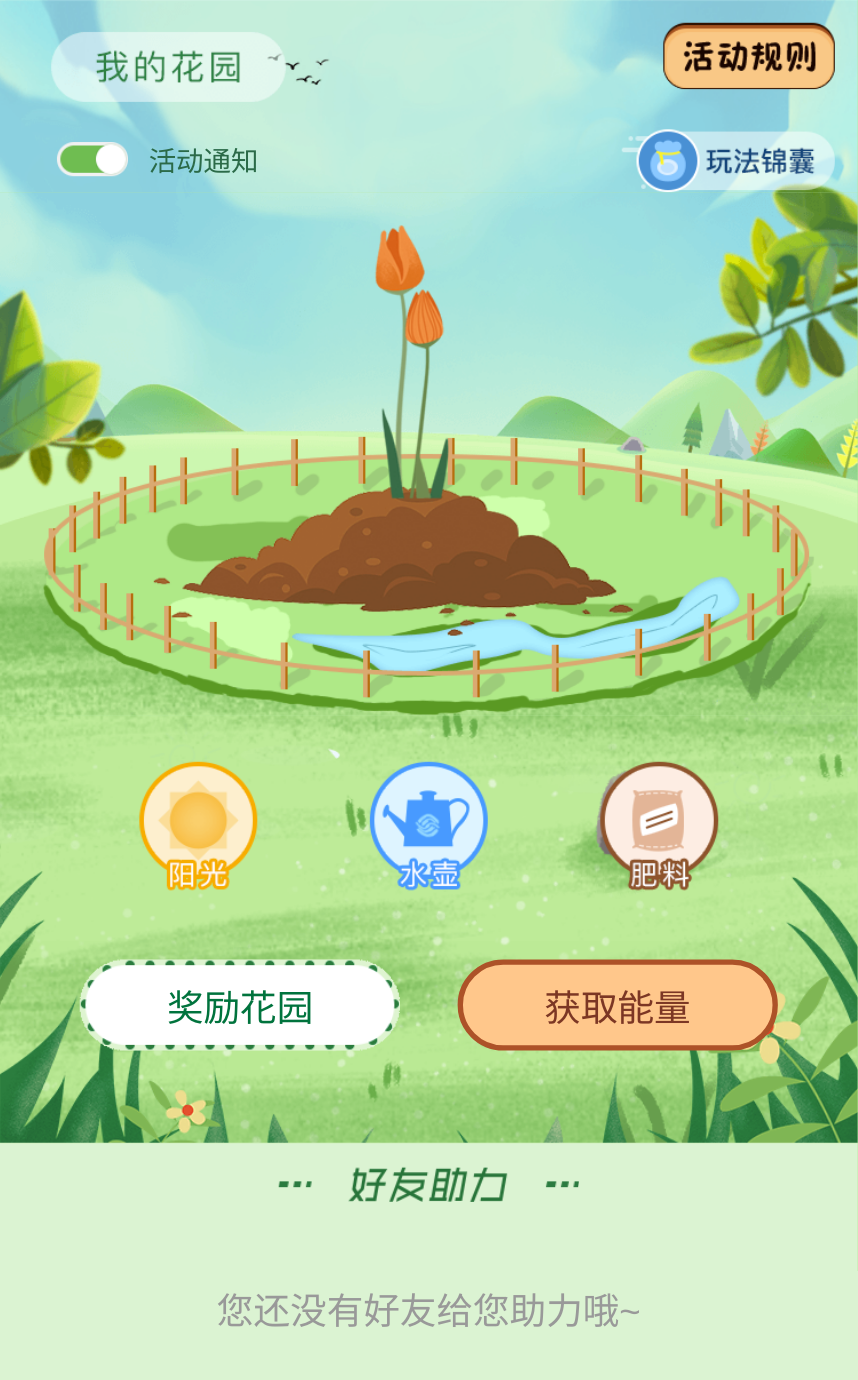
Repository: wangbiaozy/zh
Page: index.html
An editor plug-in stored every save of this project. The page is shown before and after the next save, followed by the edit.
The browser window is 1280 px wide. The pictures show the whole page, at 67% of full size.

Above is the page before, as saved 2019-03-18 20:09:41.
Console error: TypeError: Cannot read properties of undefined (reading 'style')

### index.html
<!DOCTYPE html>
<html lang="en">

<head>
    <meta charset="UTF-8">
    <meta name="viewport" content="width=device-width, initial-scale=1.0, maximum-scale=1.0, minimum-scale=1.0, user-scalable=no, viewport-fit=cover">
    <meta http-equiv="X-UA-Compatible" content="ie=edge">
    <title>北京移动</title>
    <link rel="stylesheet" href="css/reset.min.css">
    <link rel="stylesheet/less" href="css/styles.less">
    <link rel="stylesheet" href="css/animation.css">
    <script src="js/less-1.7.0.min.js"></script>
    <script src="js/jquery-1.10.1.min.js"></script>
    <script src="js/imgLoader.js"></script>
    <script>
        imgLoader([
            'images/banner.png',
            'images/bdsjh.png',
            'images/bg_01.png',
            'images/bg_02.png',
            'images/btn_cj.png',
            'images/btn_cjhd.png',
            'images/btn_dhff.png',
            'images/btn_dl.png',
            'images/btn_fshy.png',
            'images/btn_lj.png',
            'images/btn_qd.png',
            'images/btn_qdl.png',
            'images/btn_qr.png',
            'images/btn_qx.png',
            'images/btn_xg.png',
            'images/btn_zz.png',
            'images/c1.png',
            'images/c2.png',
            'images/c3.png',
            'images/c4.png',
            'images/c5.png',
            'images/card_1.png',
            'images/card_2.png',
            'images/card_3.png',
            'images/card_4.png',
            'images/card_5.png',
            'images/card.png',
            'images/close.png',
            'images/default.jpg',
            'images/erweima.png',
            'images/fire.gif',
            'images/fri_bg_01.png',
            'images/fri_bg_02.png',
            'images/fri_bg_03.png',
            'images/gongxi.png',
            'images/guang1.png',
            'images/guang2.png',
            'images/hdgz.png',
            'images/home_bg_01.png',
            'images/home_bg_02.png',
            'images/home_bg_03.png',
            'images/hyzl.png',
            'images/longjiao.png',
            'images/longshen.png',
            'images/longtou.png',
            'images/longwei.png',
            'images/longzhu.png',
            'images/longzhua.png',
            'images/rule_btn.png',
            'images/share.png',
            'images/sjhm.png',
            'images/start_btn.png',
            'images/submit.png',
            'images/tc_1_text.png',
            'images/tc_bg.png',
            'images/tc_card.png',
            'images/tc_title_1.png',
            'images/tc_title_2.png',
            'images/tc_title_3.png',
            'images/xxqr.png',
            'images/yun_1.png',
            'images/yun_2.png',
            'images/yun_3.png',
            'images/yun.png',
            'images/yzm.png'
        ], function (percentage) {
            var percentT = percentage * 100;
            $('.loader_info').html('Loading ' + (parseInt(percentT)) + '%');
            $('.loader_progress')[0].style.width = percentT + '%';
            if (percentage == 1) {
                /* $('.loader').remove();
                $('.home').show(); */
            }
        });
    </script>
</head>
<body>
    <!--loading-->
    <!-- <section class="loader">
        <div class="loader_info"></div>
        <div>
            <div class="loader_progress"></div>
        </div>
    </section> -->
    <!-- 首页 -->
    <section id="home" class="home">
        <div>
            <a href="javascript: void(0)" class="rule-btn"></a>
        </div>
        <div>
            <div></div>
        </div>
        <div>
            <a href="javascript: void(0)" id="start-btn"></a>
            <div>
                <p id="countDown"><i>倒计时：</i><span>7</span>天<span>00</span>时<span>00</span>分<span>00</span>秒</p>
            </div>
            <p>4月8日-4月14日&nbsp;&nbsp;&nbsp;&nbsp;活动将于4月14日结束，务必到期前领取</p>
        </div>
    </section>
    <!-- 活动规则页 -->
    <section id="rule" class="rule">
        <div>
            <div></div>
            <div>
                <ul>
                    <li>
                        <h3>一 活动时间：</h3>
                        <p>即日起——4月14日</p>
                        <h3>二 活动介绍：</h3>
                        <p>活动期间，用户通过北京移动微信公众号，可参与“天天种花得流量”活动。用户每天可获得一颗种子，通过添加物料（水、阳光、肥料），完成种植，收获花朵并获得对应流量奖品。</p>
                        <p>获取物料方法：</p>
                        <p>1、用户首次参与活动可领取水、阳光、肥料各1份。</p>
                        <p>2、分享活动给好友，邀请其助力赠送，可获得更多物料。（好友助力次数不限，但为同一用户仅可助力一次。）</p>
                        <h3>三 奖品规则：</h3>
                        <p>活动奖品包含：100MB、200MB、500MB、1GB、2GB、3GB全国流量，及部分免费业务体验资格、优惠业务办理资格。</p>
                        <p>（一）流量奖品</p>
                        <p>1.流量档位包括100MB、200MB、500MB、1GB、2GB、3GB全国流量；</p>
                        <p>2.奖品将于领取后15日内，自动充入用户的微信关注绑定手机号，流量自充入日起生效，有效期至本月月末；</p>
                        <p>3.活动赠送套外国内流量，优先级低于主套餐、可选包、短促包、定向流量包等，赠送流量无法共享，不可结转；</p>
                        <p>4.处于保留期、保号期、挂失、申停、欠停、转品牌过渡期的手机号；物联网卡、4G超级日租卡套餐、神州行开心听、语音套餐卡、神州行B标准资费基本策划等特殊资费用户无法领取赠送流量；</p>
                        <p>5.赠送流量每月仅可领取100次，超出上限不可领取；</p>
                        <p>6.北京移动用户抽中流量奖品后，自动充入关注绑定账户。非北京移动用户抽中流量奖品后可以转赠给北京移动手机号码。</p>
                        <p>（二）其它奖品</p>
                        <p>规则详见各奖品办理页面</p>
                        <p>温馨提示：</p>
                        <p>1、活动将于4月14日结束，请您务必于活动结束前完成领奖，逾期视为自动放弃奖品。</p>
                        <p>2、活动页面内可手动关闭活动提醒。如不关闭，默认每天发放服务通知，提醒用户活动状态已更新。</p>
                    </li>
                </ul>
                <a href="javascript:void(0)">确定</a>
            </div>
        </div>
        <div></div>
    </section>
    <!-- 主页 -->
    <section id="main" class="main">
        <div>
            <a href="javascript:void(0)" class="rule-btn"></a>
            <a href="javascript:void(0)" class="method-btn"></a>
            <div>
                <a href="javascript:void(0)"></a>
                <p>活动通知</p>
            </div>
        </div>
        <div>
            <div>
                <div class="cs-6"></div>
                <ul>
                    <li></li>
                </ul>
            </div>
        </div>
        <div>
            <ul>
                <li>
                    <span>3</span>
                </li>
                <li>
                    <span>3</span>
                </li>
                <li>
                    <span>3</span>
                </li>
            </ul>
            <ul>
                <li>奖励花园</li>
                <li>获取能量</li>
            </ul>
        </div>
        <div>
            <h3></h3>
            <ul>
                <p>您还没有好友给您助力哦~</p>
                <!-- <li>
                    <div>
                        <img src="./images/fri_default.png" alt="">
                    </div>
                    <p>胖子胖子胖子胖子</p>
                    <p>帮忙增加了<span>肥料</span></p>
                    <p>3月1日</p>
                </li> -->
            </ul>
        </div>
    </section>
    <!-- 玩法锦囊页 -->
    <section id="method" class="method">
        <div></div>
        <div></div>
        <div></div>
        <div></div>
        <div></div>
        <a href="javascript: void(0)">确定</a>
    </section>
    <!-- 我的奖励花园页 -->
    <section id="gift" class="gift">
        <div>
            <div>
                <div></div>
                <ul>
                    <li>
                        <img src="./images/flower_0.png" alt="">
                        <a href="javascript: void(0)"></a>
                    </li>
                    <li>
                        <img src="./images/flower_0.png" alt="">
                        <a href="javascript: void(0)"></a>
                    </li>
                    <li>
                        <img src="./images/flower_0.png" alt="">
                        <a href="javascript: void(0)"></a>
                    </li>
                    <li>
                        <img src="./images/flower_0.png" alt="">
                        <a href="javascript: void(0)"></a>
                    </li>
                    <li>
                        <img src="./images/flower_0.png" alt="">
                        <a href="javascript: void(0)"></a>
                    </li>
                    <li>
                        <img src="./images/flower_0.png" alt="">
                        <a href="javascript: void(0)"></a>
                    </li>
                    <li>
                        <img src="./images/flower_0.png" alt="">
                        <a href="javascript: void(0)"></a>
                    </li>
                </ul>
                <div></div>
                <a href="javascript: void(0)">返回</a>
            </div>
        </div>
        <div></div>
    </section>
    <!-- 二维码页 -->
    <section id="code" class="code">
        <div>
            <div>
                <div>
                    <p>亲爱的用户<br>天天种花得流量活动邀你参加<br>天天有惊喜哦~</p>
                </div>
                <div>
                    <div>
                        <img src="./images/erweima.jpg" alt="">
                    </div>
                </div>
            </div>
        </div>
        <div></div>
    </section>
    <!-- 添加物料弹窗 -->
    <section class="model addModel message-model">
        <div>
            <p>您已成功为种子<br><span>添加了阳光</span><br>种子已进入<span>成熟</span>期<br>快来看看吧</p>
        </div>
        <a href="javascript: void(0)">确定</a>
    </section>
    <!-- 发送好友弹窗 -->
    <section class="model to-friend message-model">
        <div>
            <p>您需要积攒能量<br>才能种出神秘花朵<br>还有抽大奖的机会哦<br>快请好友帮忙吧</p>
        </div>
        <a href="javascript:void(0)">发送好友</a>
    </section>
    <!-- 开始 种子弹窗 -->
    <section class="model tc-0">
        <div>
            <p>恭喜您已经播种了<br>一颗神秘种子<br>快去养育TA～</p>
            <div></div>
            <p>看看可以收获什么花吧！！</p>
            <p>送您阳光、水壶、肥料各一份</p>
        </div>
        <a href="javascript:void(0)">确定</a>
    </section>
    <!-- 本网获得流量弹窗 -->
    <section class="model tc-1">
        <div>
            <p>恭喜您的手机号</p>
            <p>15910943650</p>
            <p>收货了<span>雏菊</span>（价值<span>500MB</span>）</p>
            <img src="./images/flower_tc_1.png" alt="">
            <p>流量将于7日内到账</p>
            <p>有效期至本月月末</p>
            <a href=""></a>
        </div>
        <a href="javascript:void(0)">确定</a>
    </section>
    <!-- 异网流量弹窗 1-->
    <section class="model tc-2">
        <div>
            <p>恭喜您的手机号</p>
            <p>13612341234</p>
            <p>收获了<span>雏菊</span>（价值<span>500MB</span>）</p>
            <img src="./images/flower_tc_1.png" alt="">
            <p>您可以转赠到北京移动号码内</p>
            <p>（流量仅可在活动期间内进行转赠）</p>
        </div>
        <div>
            <a href="javascript:void(0)">取消</a>
            <a href="javascript:void(0)">转赠</a>
        </div>
    </section>
    <!-- 异网流量弹窗 2 -->
    <section class="model tc-3">
        <div>
            <p>请输入好友北京移动手机号码</p>
            <div>
                <p>手机号码</p>
                <input id="inputTel" type="number" pattern="[0-9]*" oninput="if(value.length>11)value=value.slice(0,11)">
            </div>
            <p>（流量仅可在活动期间进行转赠）</p>
        </div>
        <a href="javascript:void(0)">确定</a>
    </section>
     <!-- 异网流量弹窗 3 -->
    <section class="model tc-4">
        <div>
            <p>信息确认</p>
            <p>您是否将</p>
            <p><span>500MB</span>全国流量</p>
            <p>转赠到手机号码</p>
            <p>13612341234</p>
            <p>账户中</p>
            <p>点击确认后信息将不可更改</p>
        </div>
        <div>
            <a href="javascript:void(0)">修改</a>
            <a href="javascript:void(0)">确认</a>
        </div>
    </section>
    <!-- 异网流量弹窗 4 -->
    <section class="model tc-5">
        <div>
            <p>您已将</p>
            <p><span>500MB</span>全国流量</p>
            <p>转赠到手机号码</p>
            <p>15910011111</p>
            <p>账户中</p>
            <p>流量将于15日内到账</p>
            <p>有效期至本月月末</p>
            <p>（流量到账后，立即生效）</p>
            <a href=""></a>
        </div>
        <a href="javascript:void(0)">确定</a>
    </section>
    <!-- 分享浮层 -->
    <section class="share">
        <div>
            <span></span>
        </div>
    </section>
    <!-- 遮罩层 -->
    <section class="mask" id="mask"></section>
</body>
</html>
<script src="js/index.js"></script>

### css/reset.min.css
@charset "utf-8";
/*默认样式清除和初始化*/
body,h1,h2,h3,h4,h5,h6,hr,p,blockquote,dl,dt,dd,ul,ol,li,button,input,textarea,th,td{margin:0;padding:0}body{font-size:12px;font-style:normal;font-family:"\5FAE\8F6F\96C5\9ED1",Helvetica,sans-serif}small{font-size:12px}h1{font-size:18px}h2{font-size:16px}h3{font-size:14px}h4,h5,h6{font-size:100%}ul,ol{list-style:none}a{text-decoration:none;background-color:transparent}a:hover,a:active{outline-width:0;text-decoration:none}table{border-collapse:collapse;border-spacing:0}hr{border:0;height:1px}img{border-style:none}img:not([src]){display:none}svg:not(:root){overflow:hidden}html{-webkit-touch-callout:none;-webkit-text-size-adjust:100%}input,textarea,button,a{-webkit-tap-highlight-color:rgba(0,0,0,0)}article,aside,details,figcaption,figure,footer,header,main,menu,nav,section,summary{display:block}audio,canvas,progress,video{display:inline-block}audio:not([controls]),video:not([controls]){display:none;height:0}progress{vertical-align:baseline}mark{background-color:#ff0;color:#000}sub,sup{position:relative;font-size:75%;line-height:0;vertical-align:baseline}sub{bottom:-0.25em}sup{top:-0.5em}button,input,select,textarea{font-size:100%;outline:0}button,input{overflow:visible}button,select{text-transform:none}textarea{overflow:auto}button,html [type="button"],[type="reset"],[type="submit"]{-webkit-appearance:button}button::-moz-focus-inner,[type="button"]::-moz-focus-inner,[type="reset"]::-moz-focus-inner,[type="submit"]::-moz-focus-inner{border-style:none;padding:0}button:-moz-focusring,[type="button"]:-moz-focusring,[type="reset"]:-moz-focusring,[type="submit"]:-moz-focusring{outline:1px dotted ButtonText}[type="checkbox"],[type="radio"]{box-sizing:border-box;padding:0}[type="number"]::-webkit-inner-spin-button,[type="number"]::-webkit-outer-spin-button{height:auto}[type="search"]{-webkit-appearance:textfield;outline-offset:-2px}[type="search"]::-webkit-search-cancel-button,[type="search"]::-webkit-search-decoration{-webkit-appearance:none}::-webkit-input-placeholder{color:inherit;opacity:.54}::-webkit-file-upload-button{-webkit-appearance:button;font:inherit}.clear:after{display:block;height:0;content:"";clear:both}
*{ -webkit-tap-highlight-color: rgba(0,0,0,0);-webkit-tap-highlight-color: transparent; /* For some Androids */ }

Loaded but not shown: js/less-1.7.0.min.js (library); js/jquery-1.10.1.min.js (library); js/index.js (497 lines, source omitted); js/imgLoader.js (49 lines, source omitted); css/animation.css (2744 lines, source omitted)

After the next save:
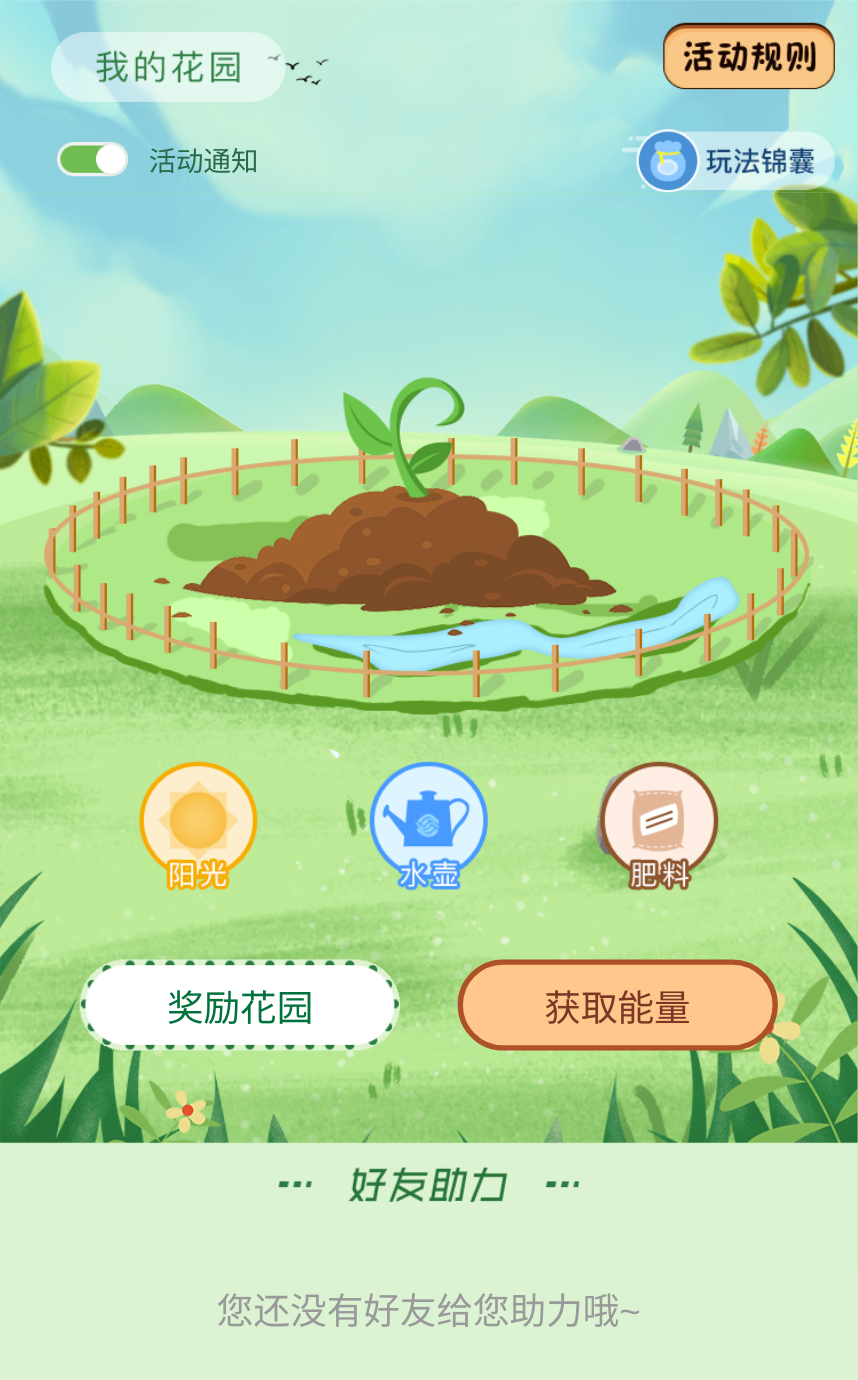
Saved 3 min 29 s later.
--- a/index.html
+++ b/index.html
@@ -161,7 +161,7 @@
         </div>
         <div>
             <div>
-                <div class="cs-6"></div>
+                <div class="cq"></div>
                 <ul>
                     <li></li>
                 </ul>
